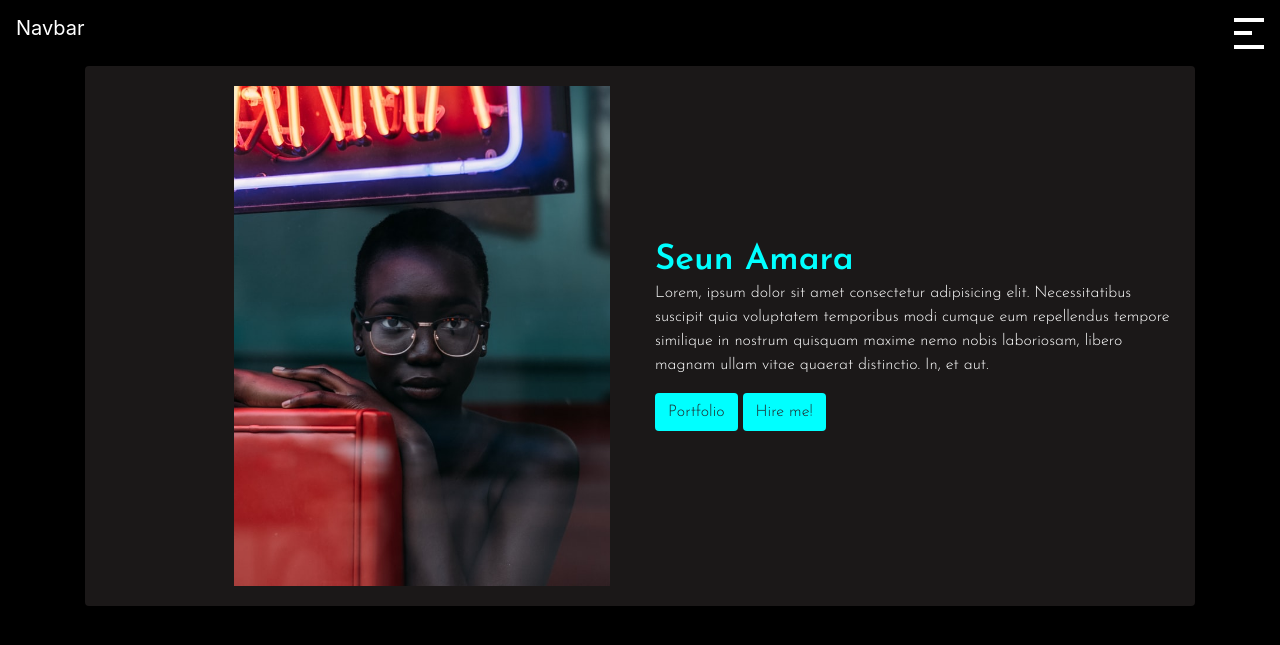
Repository: latenightsnacc/portfolio-site
Page: index.html
The author's editor kept a copy of each file at every save. The page is drawn from the files as they stood at one save, then again after the next save.
The browser window is 1280 px wide. The pictures show the whole page.
The style sheet was rebuilt from its Sass, Less or Tailwind sources for each picture, by a compiler version that may differ from the author's.

Above is the page before, as saved 2020-08-03 14:39:45.

After the next save:
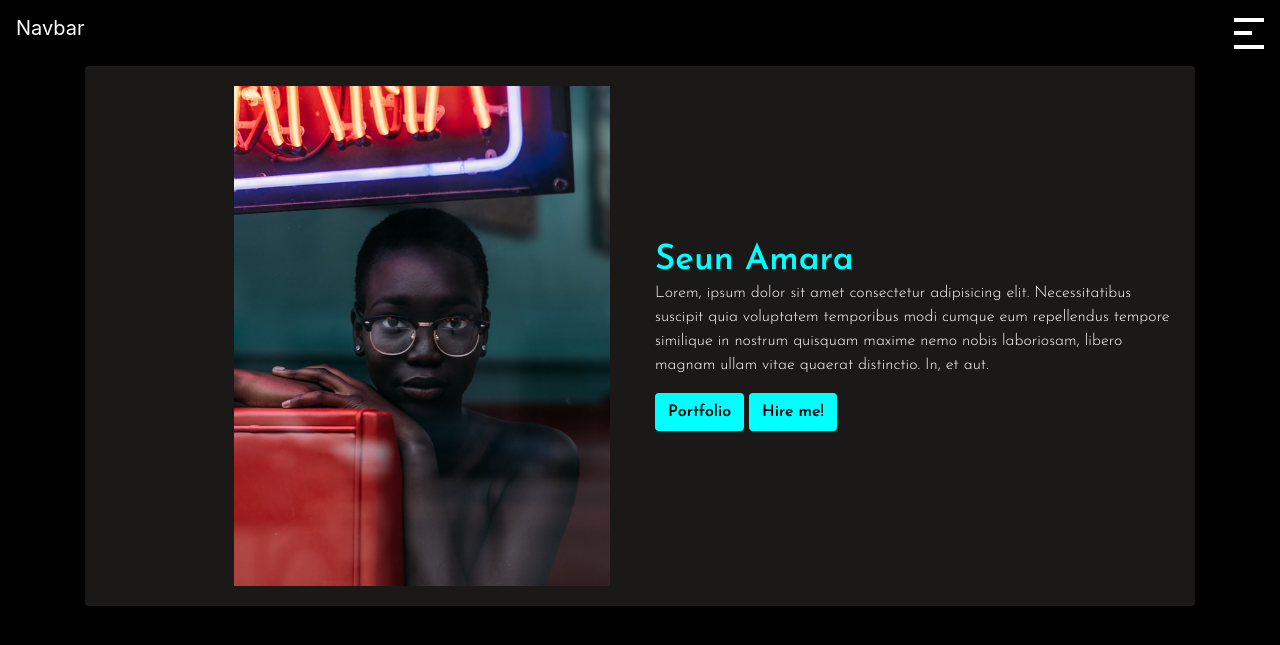
Saved 38 s later.
--- a/styles/stylesheet.scss
+++ b/styles/stylesheet.scss
@@ -19,6 +19,8 @@ body,html, .bg-dark {
 }
 .btn {
     background-color: #0ff;
+    font-weight: $bold;
+    color: $dark;
 }
 .img-box {
     width: 100%;
